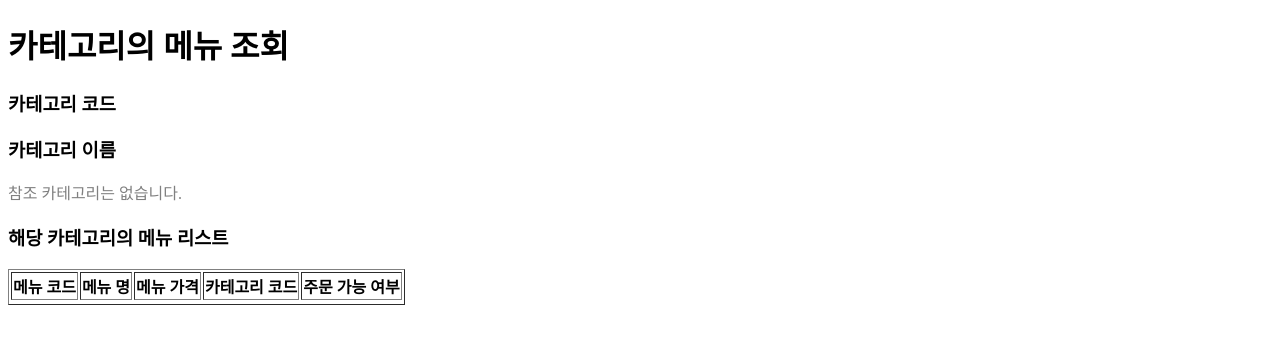
Repository: DaeyeonKim97/Menu-MVC
Page: http://localhost/menu-mvc-mybatis/WEB-INF/views/menu/categoryMenuList.jsp
An editor plug-in stored every save of this project. The page is shown before and after the next save, followed by the edit.
The browser window is 1280 px wide. The pictures show the whole page.
The page is served by Tomcat 9. Nobody is signed in. The template is opened directly, without the code that normally fills it, so the values that code supplies are empty.

Above is the page before, as saved 2022-08-13 11:42:26.

After the next save:
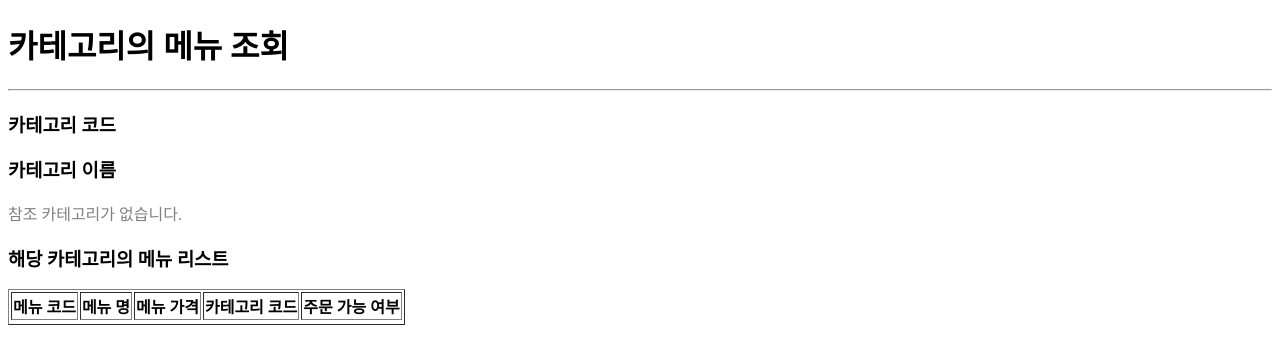
Saved 38 s later.
--- a/menu-mvc-mybatis/src/main/webapp/WEB-INF/views/menu/categoryMenuList.jsp
+++ b/menu-mvc-mybatis/src/main/webapp/WEB-INF/views/menu/categoryMenuList.jsp
@@ -9,17 +9,23 @@
 </head>
 <body>
 	<h1>카테고리의 메뉴 조회</h1>
+	<hr>
+
 	<h3>카테고리 코드</h3>
 	${ requestScope.categoryWithMenu.code }
+
 	<h3>카테고리 이름</h3>
 	${ requestScope.categoryWithMenu.name }
+
 	<c:if test="${ categoryWithMenu.refCategorycode != null }">
 	<h3>참조 카테고리 코드</h3>
 	${ requestScope.categoryWithMenu.refCategorycode }
 	</c:if>
+
 	<c:if test="${ categoryWithMenu.refCategorycode == null }">
-		<p style="color:gray;">참조 카테고리는 없습니다.</p>
+		<p style="color:gray;">참조 카테고리가 없습니다.</p>
 	</c:if>
+
 	<h3>해당 카테고리의 메뉴 리스트</h3>
 	<table border="1">
 		<tr>
